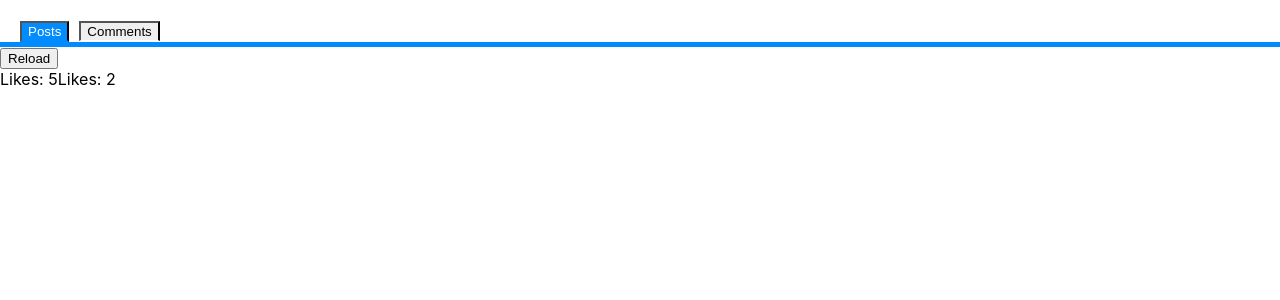
Repository: milosKomiRajkovic94/cleverbit-project
Page: /
These files come from the project's save history. The page is drawn as it stood at one moment and after the next save; the edit follows.
The browser window is 1280 px wide. The pictures show the whole page.
The project was rebuilt for these pictures with package versions that can differ from the ones it lists, and the page was loaded fresh each time. Also part of the build but not shown: src/utils/Loader.js.

Above is the page before, as saved 2020-10-13 20:16:43.

### src/index.js
import React from 'react';

import ReactDOM from 'react-dom';

import App from './App';

import * as serviceWorker from './serviceWorker';

import configureStore from "./store";

import { Provider } from "react-redux";

import { HashRouter as Router } from "react-router-dom";

import "./scss/index.scss";

const store = configureStore();

ReactDOM.render(
  <React.StrictMode>
    <Provider store={store} >
      <Router>
        <App />
      </Router>
    </Provider>
  </React.StrictMode>,
  document.getElementById('root')
);

// If you want your app to work offline and load faster, you can change
// unregister() to register() below. Note this comes with some pitfalls.
// Learn more about service workers: https://bit.ly/CRA-PWA
serviceWorker.unregister();

### src/App.js
import React, {useEffect, useState, lazy, Suspense} from 'react';

import { connect } from "react-redux";

import { bindActionCreators } from "redux";

import { loadCurrentPosts } from "./actions/postActions";

import {
  useHistory,
  Route,
  Switch,
  withRouter,
} from "react-router-dom";

import Header from "./components/HeaderComponents/Header";

import PostsContainer from "./components/PostsComponents/PostsContainer";

import { POSTS, COMMENTS, HOME } from "./constants/urls";

import Loader from "./utils/Loader";

const App = ({ currentPosts, currentPostsAreLoading, currentPostsFailedLoading, loadCurrentPostsAction }) => {

  const [initialLoadingDone, setInitialLoadingDone] = useState(false);
  const history = useHistory();

  useEffect(() => {
    if(!initialLoadingDone){
      loadCurrentPostsAction(true);
      setInitialLoadingDone(true);
    }
  }, [initialLoadingDone, loadCurrentPostsAction])

  function changeLocation(locationToGo) {
    history.push(locationToGo);
  }

  function waitingComponent(Component) {
    return (props) => (
      <Suspense
        fallback={<Loader classNameOfWrapper="centered" text={"Loading"} />}
      >
        <Component {...props} />
      </Suspense>
    );
  }

  return (
    <div className="App">
       <Header
        changeLocation={changeLocation}
       />
       <Switch>
        <Route exact path={HOME} component={PostsContainer} />
        <Route
          exact
          path={POSTS}
          component={waitingComponent(
            lazy(() =>
              import("./components/PostsComponents/PostsContainer")
            )
          )}
        />
        <Route
          exact
          path={COMMENTS}
          component={waitingComponent(
            lazy(() =>
              import("./components/CommentsComponents/CommentsContainer")
            )
          )}
        />
      </Switch>
    </div>
  );
}

const mapStateToProps = (state) => {
  return {
    currentPosts: state.postReducer.currentPosts,
    currentPostsAreLoading: state.postReducer.currentPostsAreLoading,
    currentPostsFailedLoading: state.postReducer.currentPostsFailedLoading,
  }
}

const mapDispatchToProps = (dispatch) => {
  return{
    loadCurrentPostsAction: bindActionCreators(loadCurrentPosts, dispatch)
  }
}

export default withRouter(connect(mapStateToProps, mapDispatchToProps) (App));

### src/store.js
import { createStore, applyMiddleware } from "redux";

import thunk from "redux-thunk";

import rootReducer from "./reducers";

export default function configureStore(){
    return createStore(
        rootReducer,
        applyMiddleware(thunk)
    )
}

### src/scss/index.scss
@import 'app';

@import 'header';

### src/actions/postActions.js
import { CURRENT_POSTS_LOADED_SUCCESSFULLY, CURRENT_POSTS_ARE_LOADING, CURRENT_POSTS_FAILED_LOADING, CURRENT_POSTS_LOADED_SUCCESSFULLY_AFTER_INITIAL_LOAD } from "./actionTypes";

import  fakeData from "../constants/fakeData";

export function currentPostsAreLoadingAction(currentPostsAreLoading){
    return{
        type: CURRENT_POSTS_ARE_LOADING,
        currentPostsAreLoading
    }
}

export function currentPostsFailedLoadingAction(currentPostsFailedLoading){
    return{
        type: CURRENT_POSTS_FAILED_LOADING,
        currentPostsFailedLoading
    }
}

export function currentPostsLoadedSuccessfullyAction(currentPosts){
    return{
        type: CURRENT_POSTS_LOADED_SUCCESSFULLY,
        currentPosts
    }
}

/* This is just an action for remaining the current state in order not to have restarted data, but instead updated current data after click on RELOAD BUTTON.
    Delete this action after implementation of API endpoint and use just currentPostsLoadedSuccessfullyAction in order to send current data from the endpoint.
*/
export function currentPostsLoadedSuccessfullyAfterInitialLoad(){
    return{
        type: CURRENT_POSTS_LOADED_SUCCESSFULLY_AFTER_INITIAL_LOAD,
    }
}


export function loadCurrentPosts(initialLoad){
    return(dispatch) => {
        dispatch(currentPostsAreLoadingAction(true));
        /* I will pass direct fake JSON data here and you can implement your actual API end point request here.
        setTimeout will be used as imitation that it takes some time for the request to reach endpoint. */
        setTimeout(function(){
            if(initialLoad){
                dispatch(currentPostsLoadedSuccessfullyAction(fakeData));
            }else {
                dispatch(currentPostsLoadedSuccessfullyAfterInitialLoad());
            }
        }, 1500)

    }
}

### src/components/HeaderComponents/Header.js
import React from "react";

import {
    POSTS,
    COMMENTS,
    HOME
} from "../../constants/urls";

import {
    withRouter,
    useLocation,
  } from "react-router-dom";

const Header = ({ changeLocation }) => {
    const location = useLocation();

    return(
        <div className="header">
            <button className={location.pathname === POSTS || location.pathname === HOME ? "selectedHeaderButton" : "ordinaryButton"} onClick={() => changeLocation(POSTS)}>
                Posts
            </button>
            <button className={location.pathname === COMMENTS ? "rightButton selectedHeaderButton" : "rightButton ordinaryButton"} onClick={() => changeLocation(COMMENTS)}>
                Comments
            </button>
        </div>
    )
}

export default withRouter(Header);

### src/components/PostsComponents/PostsContainer.js
import React from "react";

import { connect } from "react-redux";

const PostsContainer = ({
    currentNumberOfLikes,
    currentNumberOfComments
}) => {
    return(
        <div>
            <div className="postsHeader">
                <button className="reloadButton">
                    Reload
                </button>
                <div className="likesAndCommentsNumber">
                    <span className="likesNumber">
                        Likes: {currentNumberOfLikes}
                    </span>
                    <span className="commentsNumber">
                        Likes: {currentNumberOfComments}
                    </span>
                </div>
            </div>
        </div>
    )
}

const mapStateToProps = (state) => {
    return{
        currentNumberOfLikes: state.postReducer.currentNumberOfLikes,
        currentNumberOfComments: state.postReducer.currentNumberOfComments,
    }
}

export default connect(mapStateToProps) (PostsContainer);

### src/constants/urls.js
export const POSTS = "/posts";
export const COMMENTS = "/comments";
export const HOME = "/";

### src/reducers/index.js
import { combineReducers } from "redux";

import { postReducer } from "./postsReducer";

export default combineReducers({
    postReducer
});

### src/scss/app.scss
body {
  margin: 0;
  font-family: -apple-system, BlinkMacSystemFont, 'Segoe UI', 'Roboto', 'Oxygen',
    'Ubuntu', 'Cantarell', 'Fira Sans', 'Droid Sans', 'Helvetica Neue',
    sans-serif;
  -webkit-font-smoothing: antialiased;
  -moz-osx-font-smoothing: grayscale;
}

code {
  font-family: source-code-pro, Menlo, Monaco, Consolas, 'Courier New',
    monospace;
}

.centered {
  position: fixed;
  top: 50%;
  left: 50%;
}

### src/scss/header.scss
.header {
  padding: 20px;
  border-bottom: 5px solid #008cff;
  padding-bottom: 0px;
}

.selectedHeaderButton,
.selectedHeaderButton:focus,
.selectedHeaderButton:active {
  background: #008cff;
  color: #fff;
  border-bottom: 2px solid #008cff;
  outline: none;
}

.ordinaryButton {
  border-bottom: 1px solid #fff;
}

.rightButton {
  margin-left: 10px;
}

### src/actions/actionTypes.js
export const CURRENT_POSTS_LOADED_SUCCESSFULLY = "CURRENT_POSTS_LOADED_SUCCESSFULLY";
export const CURRENT_POSTS_LOADED_SUCCESSFULLY_AFTER_INITIAL_LOAD = "CURRENT_POSTS_LOADED_SUCCESSFULLY_AFTER_INITIAL_LOAD";
export const CURRENT_POSTS_ARE_LOADING = "CURRENT_POSTS_ARE_LOADING";
export const CURRENT_POSTS_FAILED_LOADING = "CURRENT_POSTS_FAILED_LOADING";

### src/constants/fakeData.js
export default [
    {
        id: 1,
        title: "Great news!",
        description: "Lorem Ipsum is simply dummy text of the printing and typesetting industry. Lorem Ipsum has been the industry's standard dummy text ever since the 1500s, when an unknown printer took a galley of type and scrambled it to make a type specimen book.",
        comments: [
            {
                id: 1,
                text: "It is a long established fact that a reader will be distracted by the readable content of a page when looking at its layout.",
                date: "2016/01/10"
            },
            {
                id: 2,
                text: "It is a long established fact that a reader will be distracted by the readable content of a page when looking at its layout.",
                date: "2016/01/10"
            }
        ],
        numberOfLikes: 3
    },
    {
        id: 2,
        title: "Another post",
        description: "Contrary to popular belief, Lorem Ipsum is not simply random text. It has roots in a piece of classical Latin literature from 45 BC, making it over 2000 years old.",
        comments: [
            {
                id: 3,
                text: "It is a long established fact that a reader will be distracted by the readable content of a page when looking at its layout.",
                date: "2016/01/10"
            },
            {
                id: 2,
                text: "It is a long established fact that a reader will be distracted by the readable content of a page when looking at its layout.",
                date: "2016/01/10"
            }
        ],
        numberOfLikes: 2
    }
]

### src/reducers/postsReducer.js
import { CURRENT_POSTS_LOADED_SUCCESSFULLY, CURRENT_POSTS_ARE_LOADING, CURRENT_POSTS_FAILED_LOADING, CURRENT_POSTS_LOADED_SUCCESSFULLY_AFTER_INITIAL_LOAD } from "../actions/actionTypes";

import initialState from "../initialState";


export function postReducer(
    state = initialState.postsReducerState,
    action
) {
    switch(action.type){
        case CURRENT_POSTS_LOADED_SUCCESSFULLY: {
            return{
                ...state,
                currentPosts: action.currentPosts,
                currentPostsAreLoading: false,
                currentPostsFailedLoading: false,
            };
        }

        //When using the real API endpoint just remove this case
        case CURRENT_POSTS_LOADED_SUCCESSFULLY_AFTER_INITIAL_LOAD: {
            return{
                ...state,
                currentPosts: state.currentPosts,
                currentPostsAreLoading: false,
                currentPostsFailedLoading: false,
            };
        }

        case CURRENT_POSTS_ARE_LOADING: {
            return{
                ...state,
                //When using the real API endpoint just replace this with empty array []
                currentPosts: state.currentPosts,
                currentPostsAreLoading: action.currentPostsAreLoading,
                currentPostsFailedLoading: false,
            };
        }

        case CURRENT_POSTS_FAILED_LOADING: {
            return {
                ...state,
                //When using the real API endpoint just replace this with empty array []
                currentPosts: state.currentPosts,
                currentPostsAreLoading: false,
                currentPostsFailedLoading: action.currentPostsFailedLoading,
            }
        }

        default: {
            return state;
        }
    }
}

### src/initialState.js
export default {
    postsReducerState: {
        currentPosts: [],
        currentNumberOfLikes: 5,
        currentNumberOfComments: 2,
        currentPostsAreLoading: false,
        currentPostsFailedLoading: false,
    }
}

Loaded but not shown: public/index.html (common file); src/serviceWorker.js (common file)

After the next save:
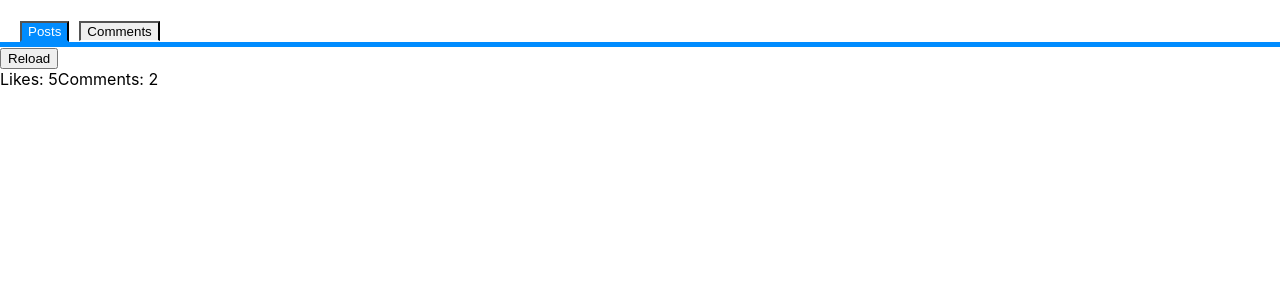
Saved 5 s later.
--- a/src/components/PostsComponents/PostsContainer.js
+++ b/src/components/PostsComponents/PostsContainer.js
@@ -17,7 +17,7 @@ const PostsContainer = ({
                         Likes: {currentNumberOfLikes}
                     </span>
                     <span className="commentsNumber">
-                        Likes: {currentNumberOfComments}
+                        Comments: {currentNumberOfComments}
                     </span>
                 </div>
             </div>
